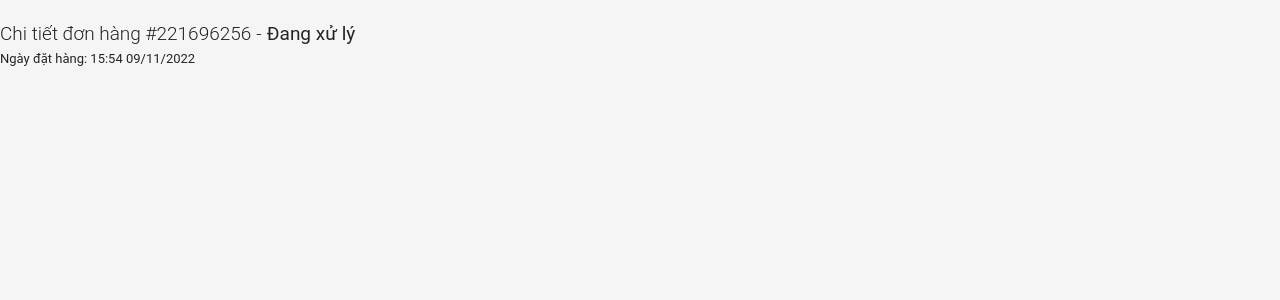
Repository: baopham2-tiki/tiki-order-listing
Page: /detailApp
These files come from the project's save history. The page is drawn as it stood at one moment and after the next save; the edit follows.
The browser window is 1280 px wide. The pictures show the whole page.
The page's requests for data from a server got no answer. The project was rebuilt for these pictures with package versions that can differ from the ones it lists, and the page was loaded fresh each time. The framework's server and built-in components were replaced by stand-ins that run in the browser. No one was signed in, and anything a server would have sent is missing. Also part of the build but not shown: next.config.js.

Above is the page before, as saved 2022-11-10 14:33:01.

After the next save:
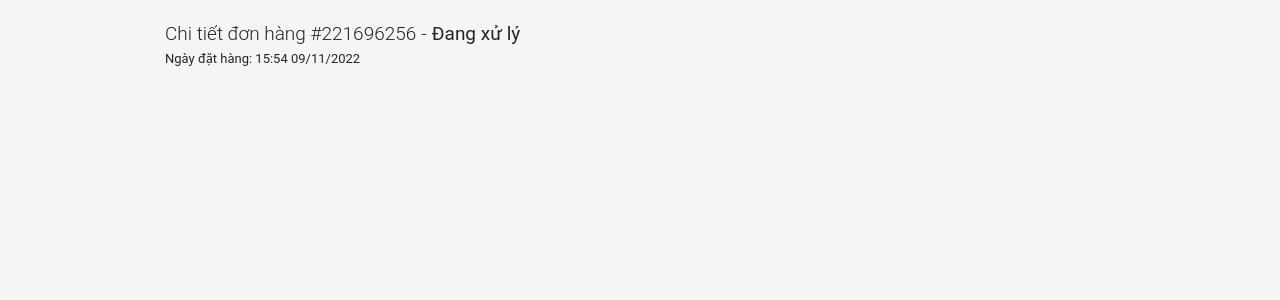
Saved 42 s later.
--- a/components/detail.jsx
+++ b/components/detail.jsx
@@ -4,10 +4,12 @@ import styled from 'styled-components'
 
 
 const Detail = styled.div`
-    flex: 1 1 0%;
+    max-width: 950px;
+    margin: 0px auto;
     font-size: 13px;
     color: rgb(36, 36, 36);
     line-height: 1.5;
+
 `
 const HeadingDetail = styled.div`
 font-size: 19px;
